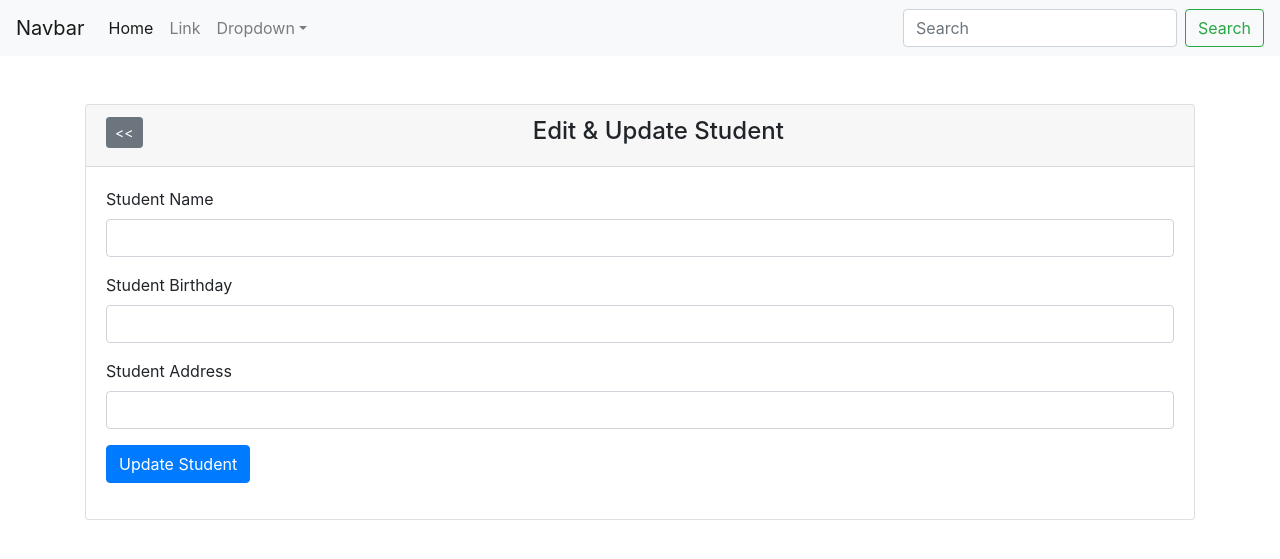
Repository: HungRau/TLU3675-php-laravel
Page: resources/views/student_edit.blade.php
An editor plug-in stored every save of this project. The page is shown before and after the next save, followed by the edit.
The browser window is 1280 px wide. The pictures show the whole page.
The page is served by the project's Laravel application, run on PHP 8.4 with Laravel 9. Other server files are loaded and not shown. The template is opened directly, without the code that normally fills it, so the values that code supplies are empty.

Above is the page before, as saved 2022-10-15 18:54:14.

### routes/web.php
<?php

use Illuminate\Support\Facades\Route;
use App\Http\Controllers\StudentController; //add

/*
|--------------------------------------------------------------------------
| Web Routes
|--------------------------------------------------------------------------
|
| Here is where you can register web routes for your application. These
| routes are loaded by the RouteServiceProvider within a group which
| contains the "web" middleware group. Now create something great!
|
*/

Route::get('/', function () {
    return view('welcome');
});
Route::get('/student-manage', [StudentController::class, 'get_all_student']);

Route::get('student-edit/{id}', [StudentController::class, 'edit']);

Route::put('student-update/{id}', [StudentController::class, 'update']);

### resources/views/student_edit.blade.php
<!doctype html>
<html lang="en">
  <head>
    <title>Title</title>
    <!-- Required meta tags -->
    <meta charset="utf-8">
    <meta name="viewport" content="width=device-width, initial-scale=1, shrink-to-fit=no">

    <!-- Bootstrap CSS -->
    <link rel="stylesheet" href="https://stackpath.bootstrapcdn.com/bootstrap/4.3.1/css/bootstrap.min.css" integrity="sha384-ggOyR0iXCbMQv3Xipma34MD+dH/1fQ784/j6cY/iJTQUOhcWr7x9JvoRxT2MZw1T" crossorigin="anonymous">
  </head>
  <body>
    <nav class="navbar navbar-expand-sm navbar-light bg-light">
        <a class="navbar-brand" href="#">Navbar</a>
        <button class="navbar-toggler d-lg-none" type="button" data-toggle="collapse" data-target="#collapsibleNavId" aria-controls="collapsibleNavId"
            aria-expanded="false" aria-label="Toggle navigation">
            <span class="navbar-toggler-icon"></span>
        </button>
        <div class="collapse navbar-collapse" id="collapsibleNavId">
            <ul class="navbar-nav mr-auto mt-2 mt-lg-0">
                <li class="nav-item active">
                    <a class="nav-link" href="#">Home <span class="sr-only">(current)</span></a>
                </li>
                <li class="nav-item">
                    <a class="nav-link" href="#">Link</a>
                </li>
                <li class="nav-item dropdown">
                    <a class="nav-link dropdown-toggle" href="#" id="dropdownId" data-toggle="dropdown" aria-haspopup="true" aria-expanded="false">Dropdown</a>
                    <div class="dropdown-menu" aria-labelledby="dropdownId">
                        <a class="dropdown-item" href="#">Action 1</a>
                        <a class="dropdown-item" href="#">Action 2</a>
                    </div>
                </li>
            </ul>
            <form class="form-inline my-2 my-lg-0">
                <input class="form-control mr-sm-2" type="text" placeholder="Search">
                <button class="btn btn-outline-success my-2 my-sm-0" type="submit">Search</button>
            </form>
        </div>
    </nav>
    <div class="container">
      <div class="row">
          <div class="col-md-12 mt-5">@if(session('status'))
                    <div class="alert alert-success">
                        {{ session('status') }}
                    </div>
                @endif
              <div class="card">
                  <div class="card-header">
                      <a href="{{ url('student-manage') }}" class="btn btn-secondary btn-sm float-left"><<</a>
                      <h4 class="text-center fw-bold">Edit & Update Student</h4>
                  </div>
                  <div class="card-body">
                      <form action="{{ url('student-update/'.$students->id) }}" method="POST">
                          @csrf
                          @method('PUT')

                          <div class="form-group mb-3">
                              <label for="">Student Name</label>
                              <input type="text" name="fullname" value="{{$students->fullname}}" class="form-control">
                          </div>
                          <div class="form-group mb-3">
                              <label for="">Student Birthday</label>
                              <input type="text" name="birthday" value="{{$students->birthday}}" class="form-control">
                          </div>
                          <div class="form-group mb-3">
                              <label for="">Student Address</label>
                              <input type="text" name="address" value="{{$students->address}}" class="form-control">
                          </div>
                          <div class="form-group mb-3">
                              <button type="submit" class="btn btn-primary">Update Student</button>
                          </div>

                      </form>
                  </div>
                  {{-- Thông báo thành công --}}

              </div>
          </div>
      </div>
  </div>

  </body>
</html>

After the next save:
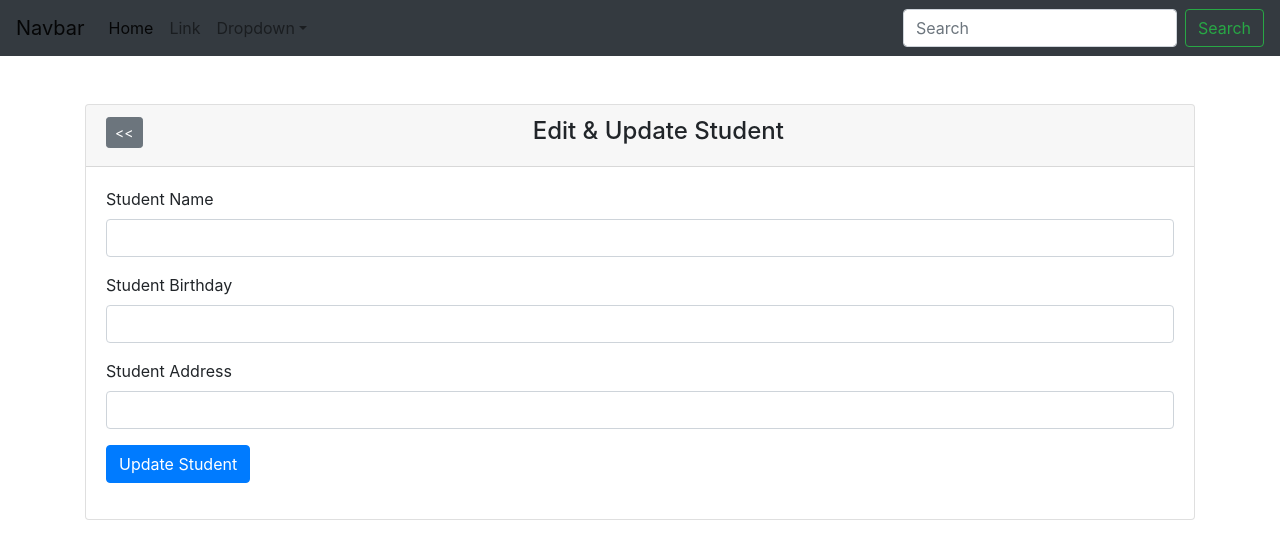
Saved 17 s later.
--- a/resources/views/student_edit.blade.php
+++ b/resources/views/student_edit.blade.php
@@ -10,7 +10,7 @@
     <link rel="stylesheet" href="https://stackpath.bootstrapcdn.com/bootstrap/4.3.1/css/bootstrap.min.css" integrity="sha384-ggOyR0iXCbMQv3Xipma34MD+dH/1fQ784/j6cY/iJTQUOhcWr7x9JvoRxT2MZw1T" crossorigin="anonymous">
   </head>
   <body>
-    <nav class="navbar navbar-expand-sm navbar-light bg-light">
+    <nav class="navbar navbar-expand-sm navbar-light bg-dark">
         <a class="navbar-brand" href="#">Navbar</a>
         <button class="navbar-toggler d-lg-none" type="button" data-toggle="collapse" data-target="#collapsibleNavId" aria-controls="collapsibleNavId"
             aria-expanded="false" aria-label="Toggle navigation">
